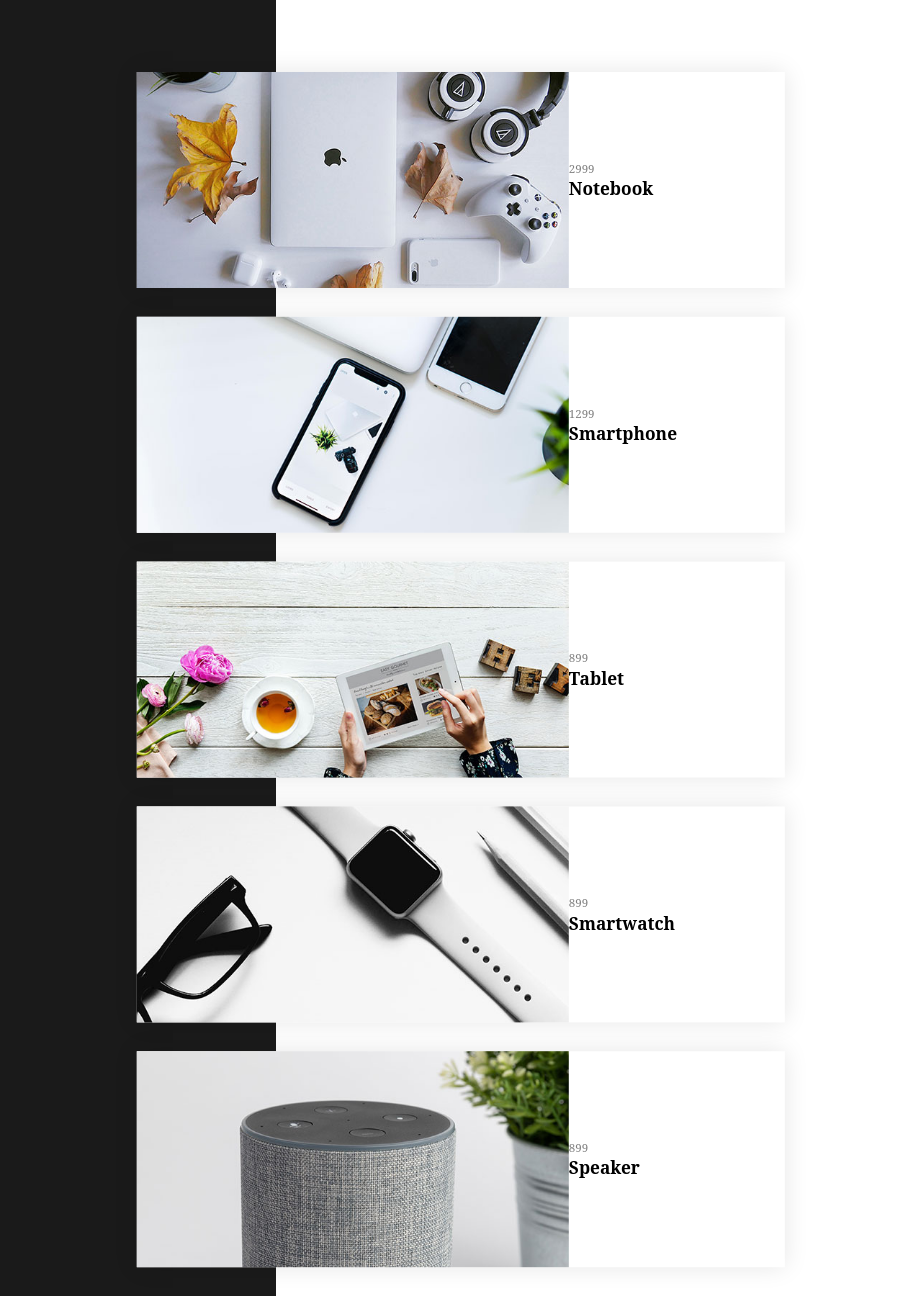
Repository: tomvieir/techno
Page: index.html
These files come from the project's save history. The page is drawn as it stood at one moment and after a run of saves; the edit follows.
The browser window is 1280 px wide. The pictures show the whole page, at 72% of full size.

Above is the page before, as saved 2022-06-23 15:34:40.

### index.html
<!DOCTYPE html>
<html lang="en">
<head>
  <meta charset="UTF-8">
  <meta name="viewport" content="width=device-width, initial-scale=1.0">
  <meta http-equiv="X-UA-Compatible" content="ie=edge">
  <script src="./vue.min.js"></script>
  <link rel="stylesheet" href="./style.css">
  <title>Techno</title>
</head>
<body>
  <div id="app">

    <section class="produtos">
      <div class="produto" v-for="produto in produtos" :key="produto.id">
        <img :src="produto.img" :alt="produto.nome">
        <div>
          <span class="produto_preco">{{produto.preco}}</span>
          <h2>{{produto.nome}}</h2>

        </div>


      </div>

    </section>

  </div>

  <script src="./app.js"></script>
</body>
</html>

### style.css
body, h1, h2, ul, li {
    padding: 0px;
    margin: 0px;
  }

  ul {
    list-style: none;
  }

  * {
    box-sizing: border-box;
  }

  body {
    background: linear-gradient(to right, #1a1a1a 30%, #ffffff 30%);
    font-family: "Noto Serif";
  }

  #app {
    padding: 0 80px;
  }

  /* LISTA PRODUTOS */

  .produtos {
    max-width: 900px;
    margin: 100px auto 0 auto;
  }

  .produto {
    display: flex;
    align-items: center;
    margin-bottom: 40px;
    background: #ffffff;
    box-shadow: 0 0 2rem rgba(0,0,0,.1);
  }

  .produto_img {
    max-width: 300px;
    margin-right: 40px;
  }

  .produto_titulo {
    font-size: 3rem;
    line-height: 1;
  }

  .produto_preco {
    color: rgba(0,0,0,.5);
  }

### app.js
const vm = new Vue({
  el: "#app",
  data: {
    produtos: []
  },
  methods: {
    fetchProdutos() {
      fetch("./api/produtos.json")
        .then(r => r.json())
        .then(r => {
          this.produtos = r;
        })


    }
  },

  filters: {
    formatarPreco(preco) {
      return `R$ ${preco.toFixed(2)}`;
    }
  },

  created() {
    this.fetchProdutos();
  }
})

### api/produtos.json
[
  {
    "id": "notebook",
    "nome": "Notebook",
    "preco": 2999,
    "img": "./api/produtos/notebook/notebook.jpg"
  },
  {
    "id": "smartphone",
    "nome": "Smartphone",
    "preco": 1299,
    "img": "./api/produtos/smartphone/smartphone.jpg"
  },
  {
    "id": "tablet",
    "nome": "Tablet",
    "preco": 899,
    "img": "./api/produtos/tablet/tablet.jpg"
  },
  {
    "id": "smartwatch",
    "nome": "Smartwatch",
    "preco": 899,
    "img": "./api/produtos/smartwatch/smartwatch.jpg"
  },
  {
    "id": "speaker",
    "nome": "Speaker",
    "preco": 899,
    "img": "./api/produtos/speaker/speaker.jpg"
  }
]

Loaded but not shown: vue.min.js (library)

After the next 2 saves:
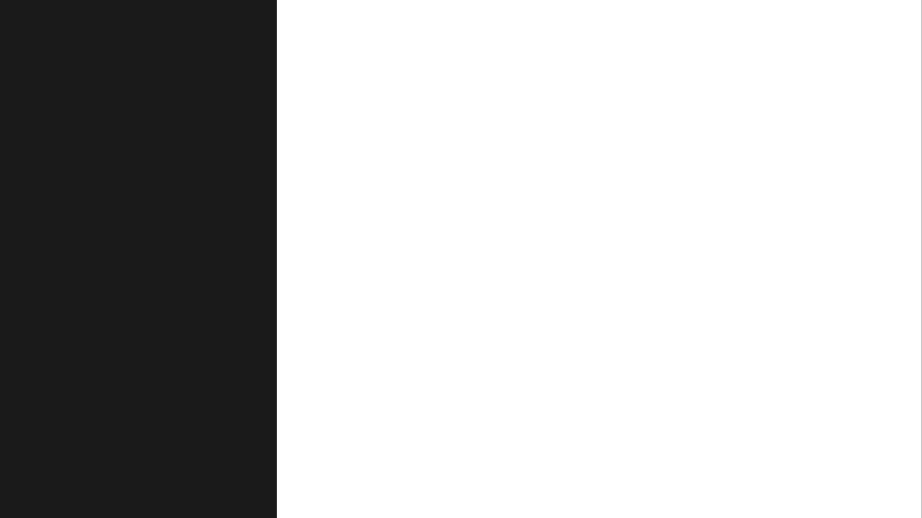
The 2 saves are shown as one change because they came seconds apart.
The last was saved 54 s later.
--- a/index.html
+++ b/index.html
@@ -15,7 +15,7 @@
       <div class="produto" v-for="produto in produtos" :key="produto.id">
         <img :src="produto.img" :alt="produto.nome">
         <div>
-          <span class="produto_preco">{{produto.preco}}</span>
+          <span class="produto_preco">{{formatarPreco()}}</span>
           <h2>{{produto.nome}}</h2>
 
         </div>

After the 4 saves that followed:
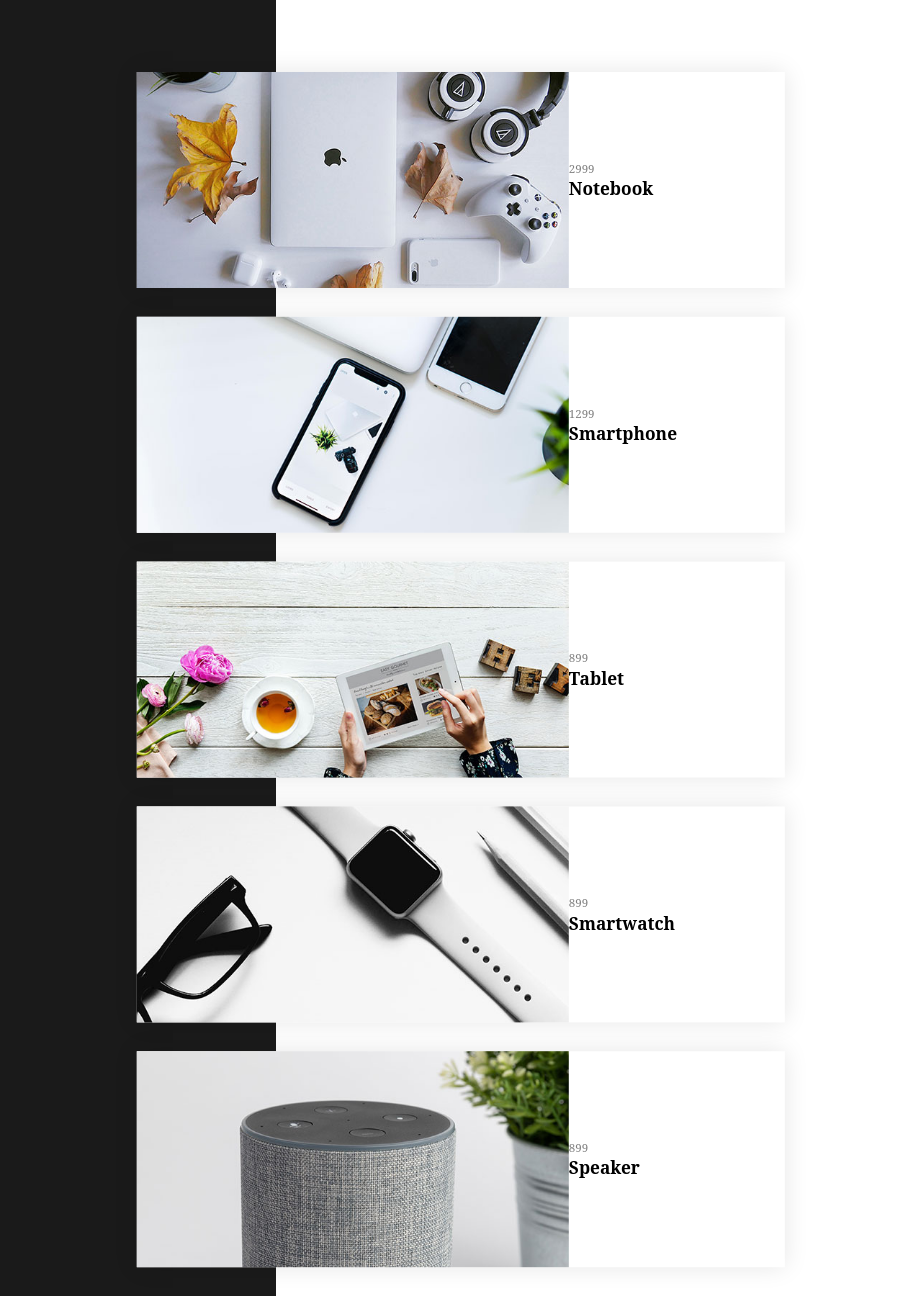
The 4 saves are shown as one change because 1 left the picture as it was and some came seconds apart.
The last was saved 91 s later.
--- a/index.html
+++ b/index.html
@@ -15,7 +15,7 @@
       <div class="produto" v-for="produto in produtos" :key="produto.id">
         <img :src="produto.img" :alt="produto.nome">
         <div>
-          <span class="produto_preco">{{formatarPreco()}}</span>
+          <span class="produto_preco">{{produto.preco}}</span>
           <h2>{{produto.nome}}</h2>
 
         </div>
